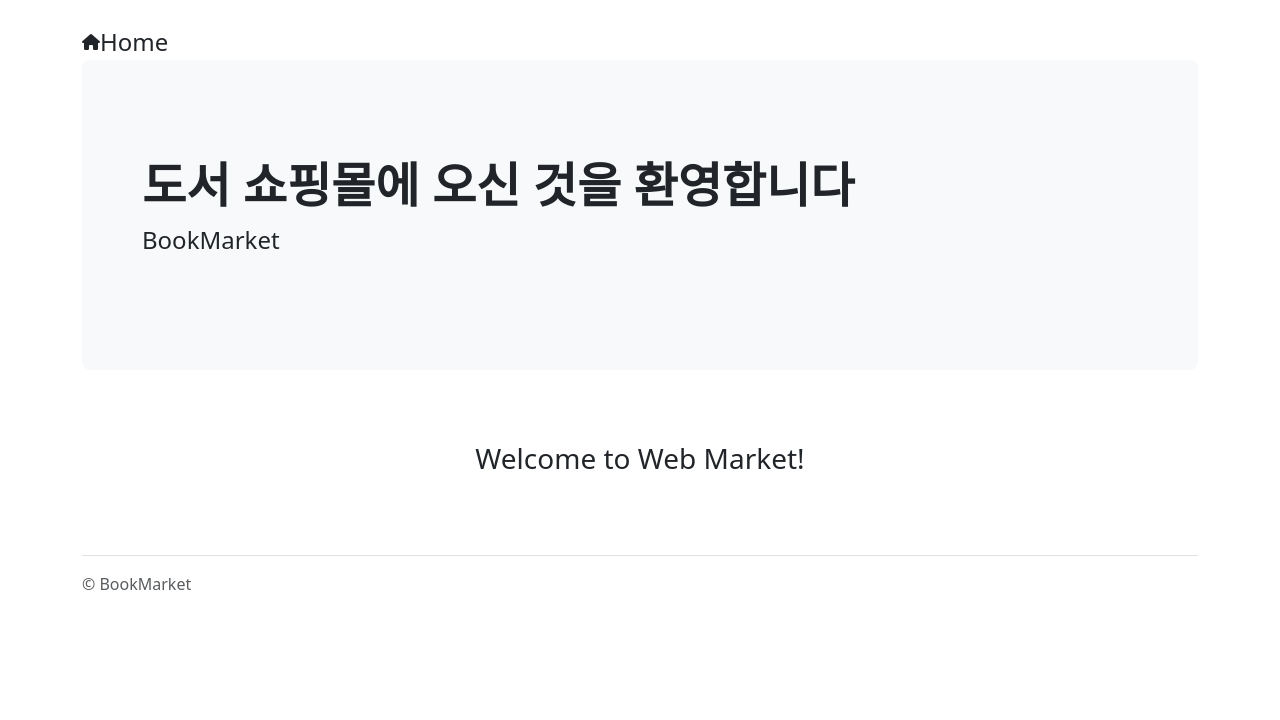
Repository: byeolchorong/ITedunet
Page: http://localhost/BookMarket/welcome.jsp
The author's editor kept a copy of each file at every save. The page is drawn from the files as they stood at one save, then again after the next save.
The browser window is 1280 px wide. The pictures show the whole page.
Some web libraries are served in a nearby version. The page is served by Tomcat 10. Nobody is signed in. The application's start-up code is not run.

Above is the page before, as saved 2025-05-26 02:07:28.

After the next save:
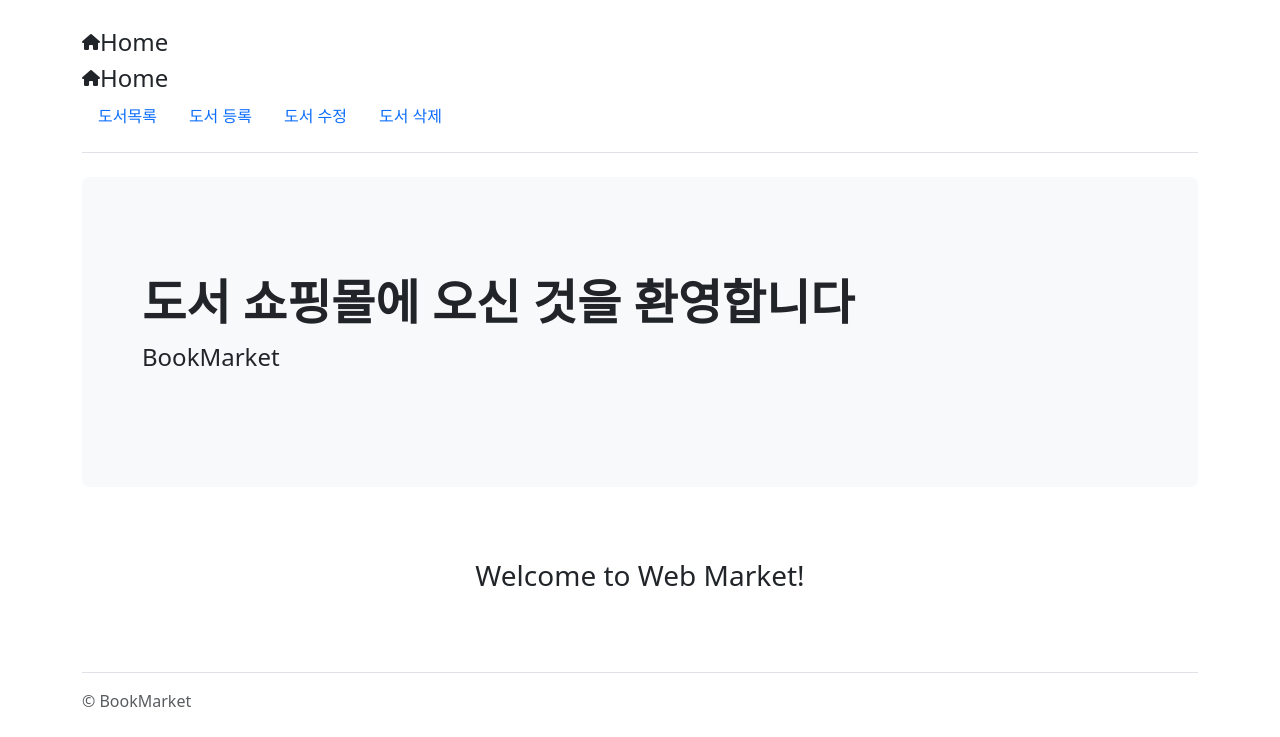
Saved 29 s later.
--- a/JSP/BookMarket/src/main/webapp/welcome.jsp
+++ b/JSP/BookMarket/src/main/webapp/welcome.jsp
@@ -17,7 +17,7 @@
 				<span class="fs-4">Home</span>
 			</a>
 		</header>
-
+		<%@ include file="menu.jsp" %>
 		<%! String greeting = "도서 쇼핑몰에 오신 것을 환영합니다";
 		String tagline = "Welcome to Web Market!";%>
 
